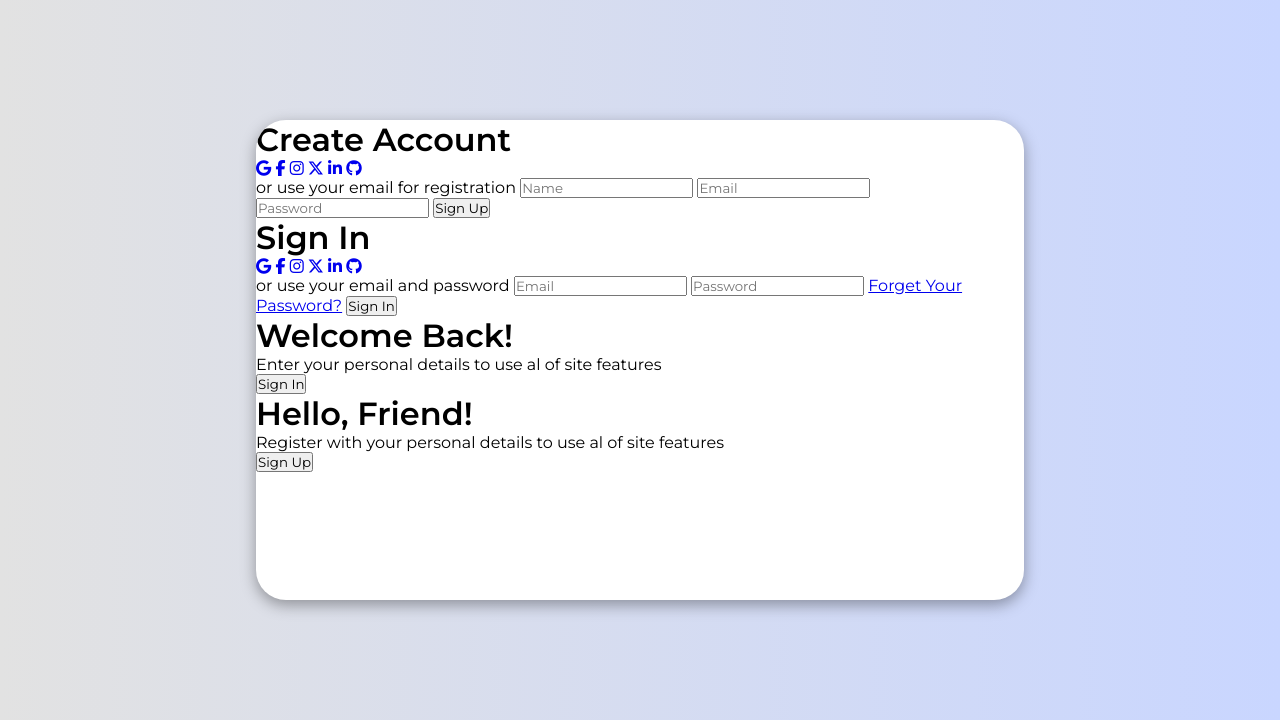
Repository: DevMike1993/Animated_Login_Page
Page: index.html
The author's editor kept a copy of each file at every save. The page is drawn from the files as they stood at one save, then again after a run of saves.
The browser window is 1280 px wide. The pictures show the whole page.

Above is the page before, as saved 2023-12-17 19:56:04.

After the next 2 saves:
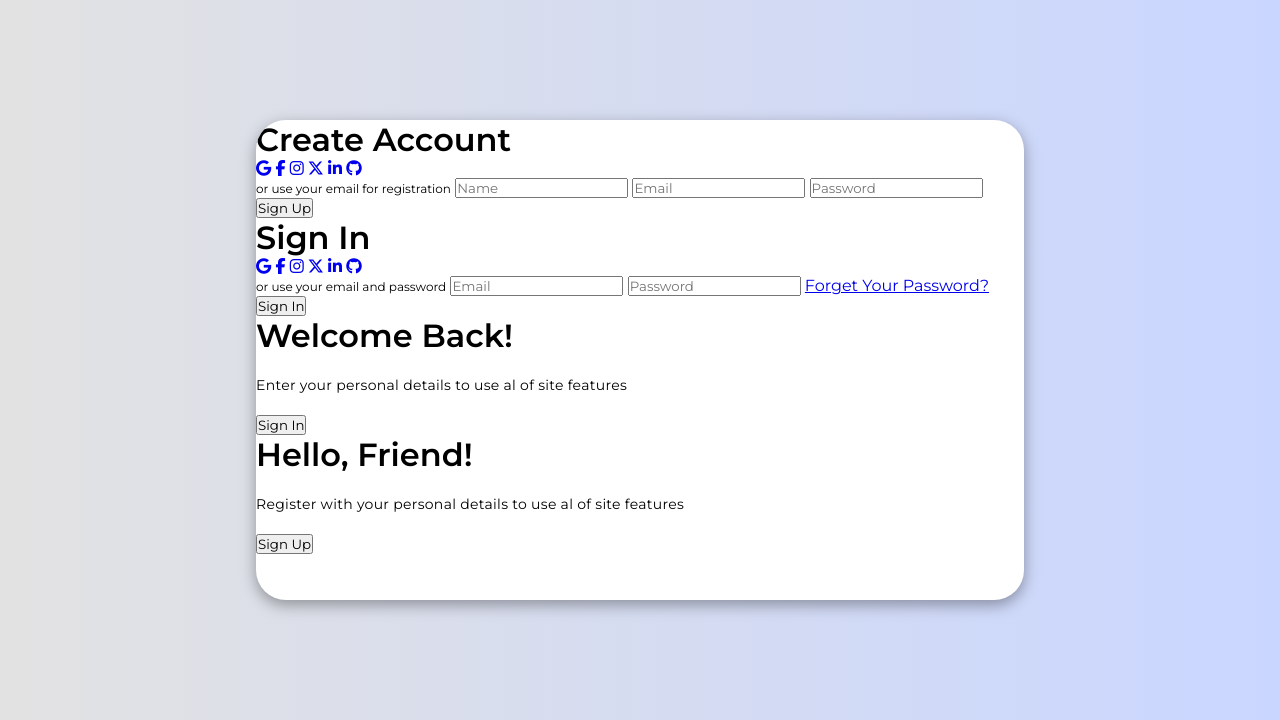
The 2 saves are shown as one change because they came seconds apart.
The last was saved 20 s later.
--- a/style.css
+++ b/style.css
@@ -28,13 +28,13 @@ body{
     min-height: 480px;
 }
 
-container p{
+.container p{
     font-size: 14px;
     line-height: 20px;
     letter-spacing: 0.3px;
     margin: 20px 0;
 }
 
-container span{
+.container span{
     font-size: 12px;
 }
